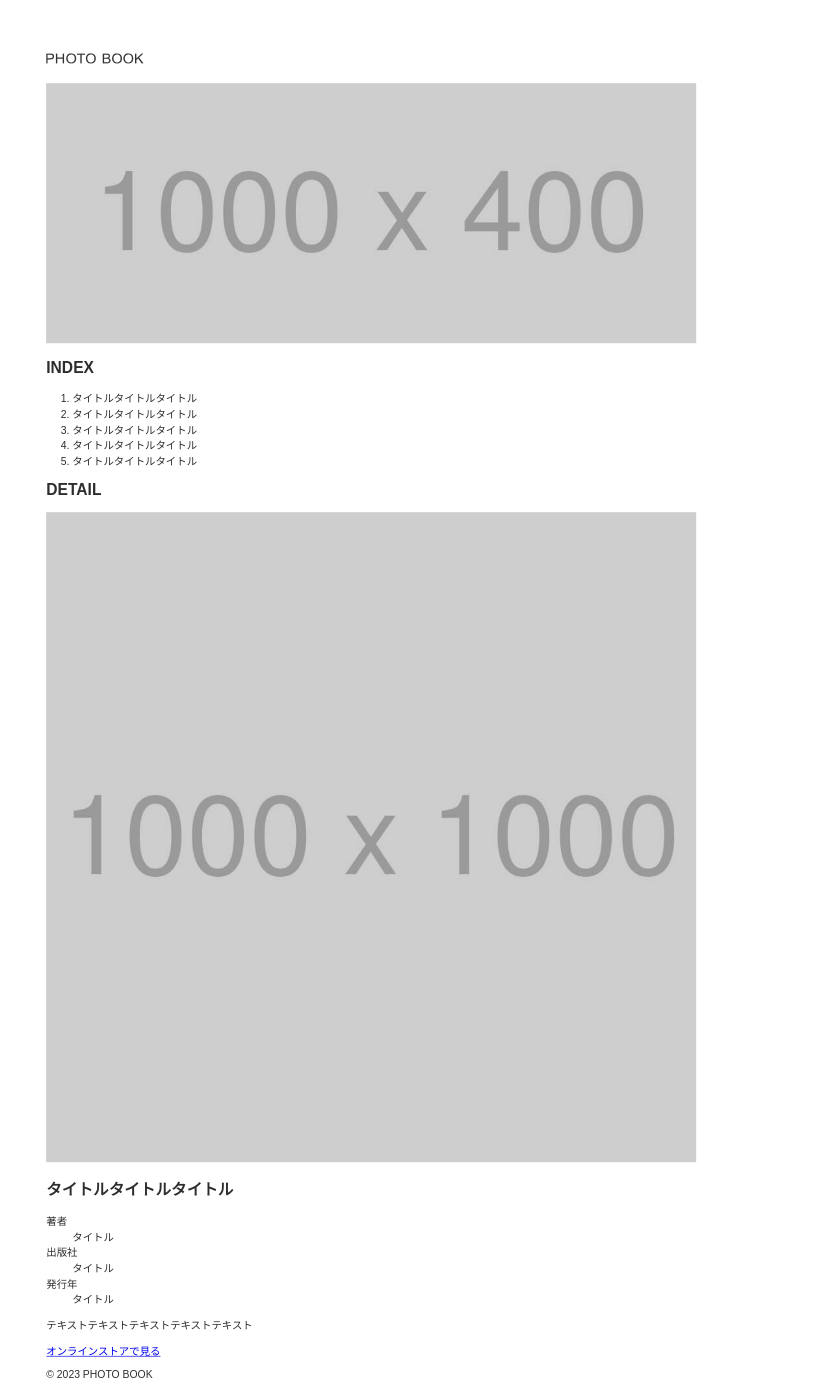
Repository: Fuki-san/photo-book-1
Page: http://localhost/photo
The author's editor kept a copy of each file at every save. The page is drawn from the files as they stood at one save, then again after the next save.
The browser window is 1280 px wide. The pictures show the whole page, at 65% of full size.
The page is served by the project's Laravel application, run on PHP 8.4 with Laravel 10. Other server files are loaded and not shown.

Above is the page before, as saved 2023-11-26 15:57:05.

### routes/web.php
<?php

use Illuminate\Support\Facades\Route;

/*
|--------------------------------------------------------------------------
| Web Routes
|--------------------------------------------------------------------------
|
| Here is where you can register web routes for your application. These
| routes are loaded by the RouteServiceProvider and all of them will
| be assigned to the "web" middleware group. Make something great!
|
*/

Route::get('/', function () {
    return view('welcome');
});

Route::get('photo', function () {
    return view('photo');
});

### resources/views/photo.blade.php
@extends('layouts.main')

@section('title', 'photo')

@section('content')
    <header id="header" class="wrapper">
        <h1 class="site-title"><a href="#"><img src="img/logo.svg"></a></h1>
    </header>

    <main class="wrapper">
        <div id="mainvisual">
            <img src="img/mainvisual.jpg">
        </div>
        <section id="index">
            <h2 class="sec-title">INDEX</h2>
            <ol>
                <li>タイトルタイトルタイトル</li>
                <li>タイトルタイトルタイトル</li>
                <li>タイトルタイトルタイトル</li>
                <li>タイトルタイトルタイトル</li>
                <li>タイトルタイトルタイトル</li>
            </ol>
        </section>
        <section id="detail">
            <h2 class="sec-title">DETAIL</h2>
            <div class="detail-img">
                <img src="img/detail.jpg">
            </div>
            <div class="detail-text">
                <h2 class="sec-title">タイトルタイトルタイトル</h2>
                <dl>
                    <dt>著者</dt><dd>タイトル</dd>
                    <dt>出版社</dt><dd>タイトル</dd>
                    <dt>発行年</dt><dd>タイトル</dd>
                </dl>
                <p>テキストテキストテキストテキストテキスト</p>
                <a href="#">オンラインストアで見る</a>
            </div>
        </section>
    </main>

    <footer id="footer" class="wrapper">
        <p class="copyright">&copy; 2023 PHOTO BOOK</p>
    </footer>
@endsection

### resources/views/layouts/main.blade.php
<!DOCTYPE html>
<html lang="ja">
<head>
    <meta charset="UTF-8">
    <meta name="viewport" content="width=device-width, initial-scale=1.0">
    <meta http-equiv="X-UA-Compatible" content="ie=edge">
    <link rel="stylesheet" href="{{ asset('css/reset.css') }}">
    <link rel="stylesheet" href="{{ asset('css/style.css') }}">
    <link rel="icon" href="img/favicon.ico">
    <title>@yield('title')</title>
</head>
<body>
    @yield('content')
</body>
</html>

### public/css/style.css
html{
    font-size: 100%;
}
body{
    color: #2d2d2d;
    font-family: Arial, Helvetica, sans-serif;
}
img{
    max-width: 100%;
}

.wrapper {
    padding: 0 5%;
}


#header .site-title{
    width: 150px;
}
#header .site-title a{
    display: block;
}
#header{
    margin-bottom: 10px;
    padding-top: 40px;
}

#mainvisual{
    vertical-align: bottom;
}

#index{
    margin: 0 auto;
    text-align: left;
}
#index ul{
    display: inline;
}

.detail-img{
    width: ;
}

### public/img/logo.svg
<?xml version="1.0" encoding="utf-8"?>
<!-- Generator: Adobe Illustrator 15.1.0, SVG Export Plug-In . SVG Version: 6.00 Build 0)  -->
<!DOCTYPE svg PUBLIC "-//W3C//DTD SVG 1.1//EN" "http://www.w3.org/Graphics/SVG/1.1/DTD/svg11.dtd">
<svg version="1.1" id="レイヤー_1" xmlns="http://www.w3.org/2000/svg" xmlns:xlink="http://www.w3.org/1999/xlink" x="0px"
	 y="0px" width="1400px" height="156px" viewBox="0 0 1400 156" enable-background="new 0 0 1400 156" xml:space="preserve">
<g>
	<path fill="#333333" d="M0,152.092V2.65h56.373c9.92,0,17.498,0.477,22.731,1.428c7.34,1.223,13.49,3.552,18.451,6.982
		c4.96,3.433,8.953,8.241,11.978,14.425c3.022,6.185,4.536,12.98,4.536,20.387c0,12.709-4.043,23.463-12.129,32.264
		c-8.09,8.802-22.699,13.202-43.834,13.202h-38.33v60.754H0z M19.775,73.702h38.636c12.775,0,21.847-2.379,27.217-7.136
		c5.369-4.757,8.053-11.451,8.053-20.082c0-6.252-1.581-11.604-4.741-16.056c-3.16-4.45-7.324-7.391-12.487-8.817
		c-3.33-0.883-9.481-1.325-18.452-1.325H19.775V73.702z"/>
	<path fill="#333333" d="M139.859,152.092V2.65h19.776v61.367h77.677V2.65h19.775v149.441h-19.775V81.652h-77.677v70.439H139.859z"
		/>
	<path fill="#333333" d="M288.174,79.309c0-24.805,6.66-44.224,19.98-58.258C321.473,7.019,338.667,0,359.735,0
		c13.795,0,26.232,3.298,37.309,9.889c11.076,6.593,19.521,15.784,25.332,27.574c5.811,11.791,8.716,25.163,8.716,40.112
		c0,15.155-3.059,28.713-9.175,40.674c-6.116,11.961-14.781,21.016-25.993,27.166c-11.214,6.15-23.311,9.226-36.291,9.226
		c-14.067,0-26.641-3.398-37.717-10.194c-11.079-6.794-19.471-16.071-25.179-27.829C291.029,104.86,288.174,92.425,288.174,79.309z
		 M308.562,79.614c0,18.01,4.843,32.197,14.527,42.559c9.684,10.364,21.831,15.546,36.442,15.546
		c14.884,0,27.131-5.231,36.75-15.699c9.615-10.464,14.423-25.313,14.423-44.546c0-12.165-2.057-22.784-6.167-31.856
		c-4.112-9.071-10.126-16.106-18.043-21.101c-7.917-4.995-16.804-7.493-26.656-7.493c-14,0-26.046,4.81-36.137,14.425
		C313.608,41.065,308.562,57.121,308.562,79.614z"/>
	<path fill="#333333" d="M490.425,152.092V20.286h-49.237V2.65h118.451v17.636h-49.439v131.806H490.425z"/>
	<path fill="#333333" d="M570.14,79.309c0-24.805,6.658-44.224,19.979-58.258C603.438,7.019,620.632,0,641.7,0
		c13.794,0,26.23,3.298,37.309,9.889c11.076,6.593,19.522,15.784,25.331,27.574c5.813,11.791,8.717,25.163,8.717,40.112
		c0,15.155-3.059,28.713-9.176,40.674c-6.114,11.961-14.779,21.016-25.992,27.166s-23.311,9.226-36.291,9.226
		c-14.068,0-26.641-3.398-37.717-10.194c-11.078-6.794-19.47-16.071-25.179-27.829C572.994,104.86,570.14,92.425,570.14,79.309z
		 M590.526,79.614c0,18.01,4.843,32.197,14.527,42.559c9.685,10.364,21.83,15.546,36.442,15.546
		c14.883,0,27.132-5.231,36.748-15.699c9.615-10.464,14.424-25.313,14.424-44.546c0-12.165-2.057-22.784-6.166-31.856
		c-4.113-9.071-10.127-16.106-18.043-21.101c-7.918-4.995-16.804-7.493-26.658-7.493c-14,0-26.044,4.81-36.136,14.425
		C595.572,41.065,590.526,57.121,590.526,79.614z"/>
	<path fill="#333333" d="M812.43,152.092V2.65h56.066c11.416,0,20.573,1.514,27.472,4.537c6.896,3.024,12.3,7.68,16.209,13.966
		c3.907,6.286,5.861,12.861,5.861,19.724c0,6.39-1.732,12.404-5.198,18.044c-3.467,5.641-8.7,10.193-15.7,13.659
		c9.039,2.65,15.987,7.172,20.848,13.558c4.857,6.389,7.289,13.933,7.289,22.631c0,7-1.479,13.506-4.435,19.521
		c-2.957,6.016-6.612,10.652-10.958,13.915c-4.352,3.261-9.806,5.726-16.363,7.391c-6.558,1.666-14.593,2.497-24.106,2.497H812.43z
		 M832.206,65.444h32.313c8.768,0,15.053-0.576,18.859-1.733c5.027-1.493,8.818-3.975,11.366-7.439
		c2.548-3.468,3.822-7.815,3.822-13.049c0-4.961-1.188-9.328-3.567-13.099c-2.38-3.773-5.776-6.354-10.192-7.748
		c-4.419-1.393-11.997-2.09-22.733-2.09h-29.868V65.444z M832.206,134.457h37.208c6.386,0,10.872-0.237,13.455-0.715
		c4.552-0.814,8.358-2.173,11.417-4.077c3.058-1.901,5.571-4.672,7.544-8.308c1.971-3.634,2.956-7.832,2.956-12.589
		c0-5.571-1.428-10.414-4.281-14.526c-2.854-4.111-6.814-6.999-11.876-8.665c-5.063-1.664-12.354-2.497-21.865-2.497h-34.558
		V134.457z"/>
	<path fill="#333333" d="M946.479,79.309c0-24.805,6.659-44.224,19.979-58.258C979.776,7.019,996.972,0,1018.039,0
		c13.794,0,26.23,3.298,37.309,9.889c11.077,6.593,19.521,15.784,25.331,27.574c5.812,11.791,8.717,25.163,8.717,40.112
		c0,15.155-3.058,28.713-9.175,40.674s-14.781,21.016-25.994,27.166s-23.311,9.226-36.29,9.226
		c-14.068,0-26.641-3.398-37.717-10.194c-11.078-6.794-19.47-16.071-25.18-27.829C949.332,104.86,946.479,92.425,946.479,79.309z
		 M966.865,79.614c0,18.01,4.842,32.197,14.526,42.559c9.685,10.364,21.83,15.546,36.442,15.546
		c14.884,0,27.133-5.231,36.749-15.699c9.615-10.464,14.424-25.313,14.424-44.546c0-12.165-2.057-22.784-6.166-31.856
		c-4.113-9.071-10.127-16.106-18.044-21.101c-7.917-4.995-16.803-7.493-26.657-7.493c-14.001,0-26.044,4.81-36.136,14.425
		C971.91,41.065,966.865,57.121,966.865,79.614z"/>
	<path fill="#333333" d="M1108.865,79.309c0-24.805,6.66-44.224,19.979-58.258C1142.163,7.019,1159.357,0,1180.426,0
		c13.794,0,26.23,3.298,37.31,9.889c11.076,6.593,19.521,15.784,25.332,27.574c5.811,11.791,8.715,25.163,8.715,40.112
		c0,15.155-3.059,28.713-9.175,40.674c-6.115,11.961-14.779,21.016-25.993,27.166s-23.312,9.226-36.29,9.226
		c-14.068,0-26.642-3.398-37.719-10.194c-11.078-6.794-19.469-16.071-25.177-27.829
		C1111.719,104.86,1108.865,92.425,1108.865,79.309z M1129.254,79.614c0,18.01,4.842,32.197,14.525,42.559
		c9.684,10.364,21.831,15.546,36.442,15.546c14.882,0,27.131-5.231,36.749-15.699c9.615-10.464,14.424-25.313,14.424-44.546
		c0-12.165-2.057-22.784-6.167-31.856c-4.113-9.071-10.127-16.106-18.043-21.101c-7.917-4.995-16.804-7.493-26.658-7.493
		c-13.999,0-26.044,4.81-36.135,14.425C1134.298,41.065,1129.254,57.121,1129.254,79.614z"/>
	<path fill="#333333" d="M1276.45,152.092V2.65h19.776V76.76l74.211-74.109h26.81l-62.691,60.552l65.444,88.89h-26.096
		l-53.213-75.638l-24.465,23.854v51.784H1276.45z"/>
</g>
</svg>

After the next save:
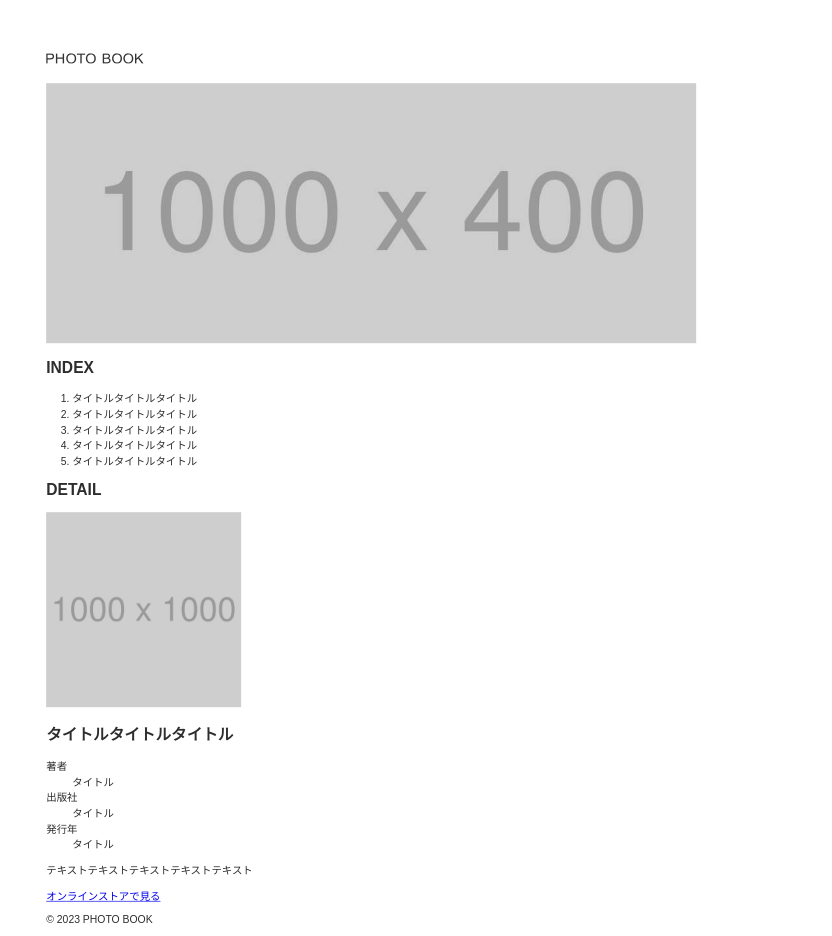
Saved 9 s later.
--- a/public/css/style.css
+++ b/public/css/style.css
@@ -38,5 +38,5 @@ img{
 }
 
 .detail-img{
-    width: ;
+    width: 300px;
 }
